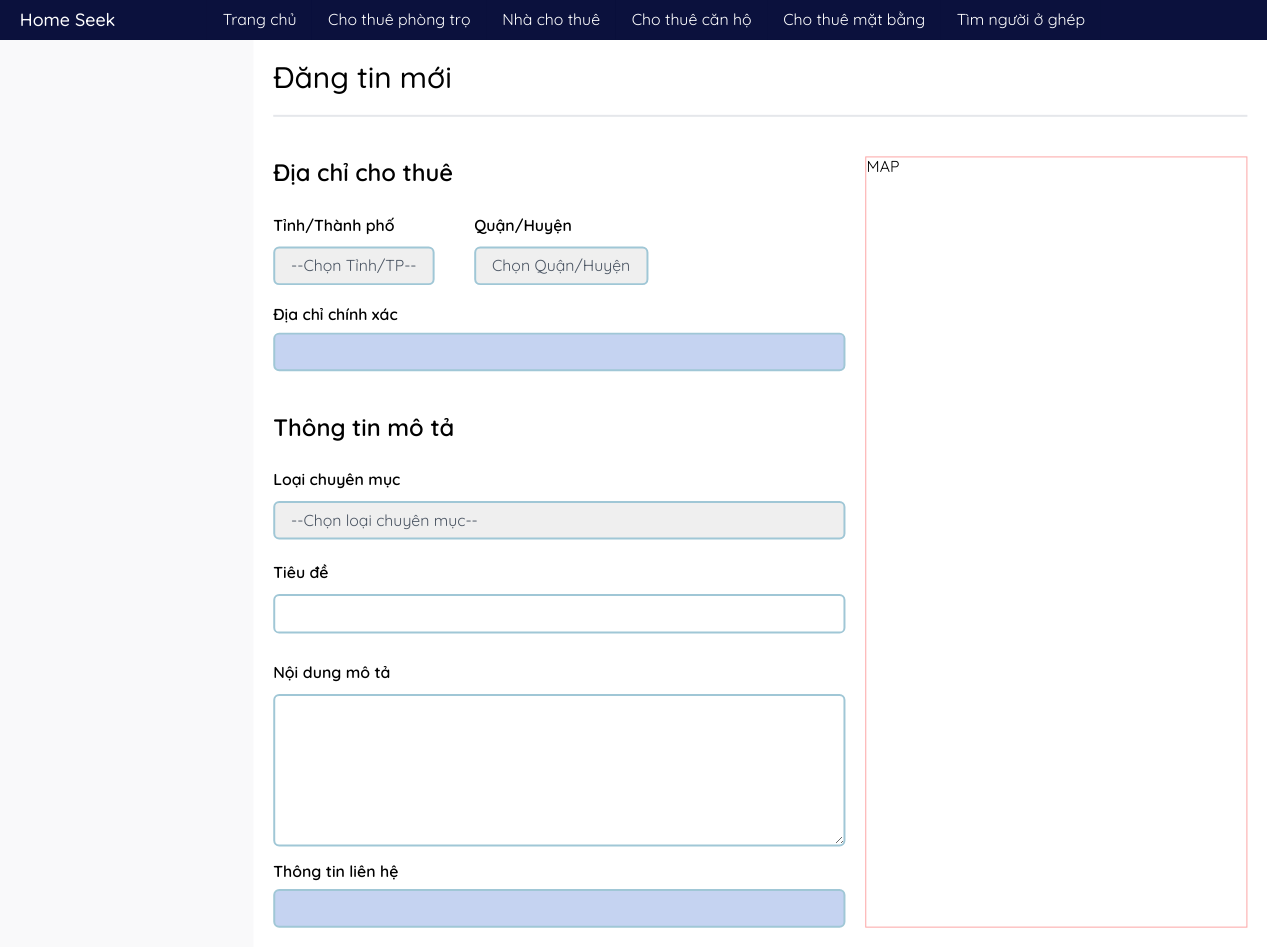
Repository: ajincome26/homeseek
Page: /create (app in client/)
An editor plug-in stored every save of this project. The page is shown before and after the next save, followed by the edit.
The browser window is 1280 px wide. The pictures show the whole page, at 99% of full size.
The page's requests for data from a server got no answer. The project was rebuilt for these pictures with package versions that can differ from the ones it lists, and the page was loaded fresh each time. Some packages were replaced by stand-ins written for this rebuild. No one was signed in, and anything a server would have sent is missing. Also part of the build but not shown: client/vite.config.ts, client/src/components/Footer/Footer.tsx, client/src/components/Button/Button.tsx, client/src/components/Button/index.ts, client/src/utils/utils.tsx, client/src/components/MainHeader/components/User.tsx, client/src/components/Popover/Popover.tsx, client/src/components/Popover/index.ts and 16 more.

Above is the page before, as saved 2024-01-10 05:35:30.

After the next save:
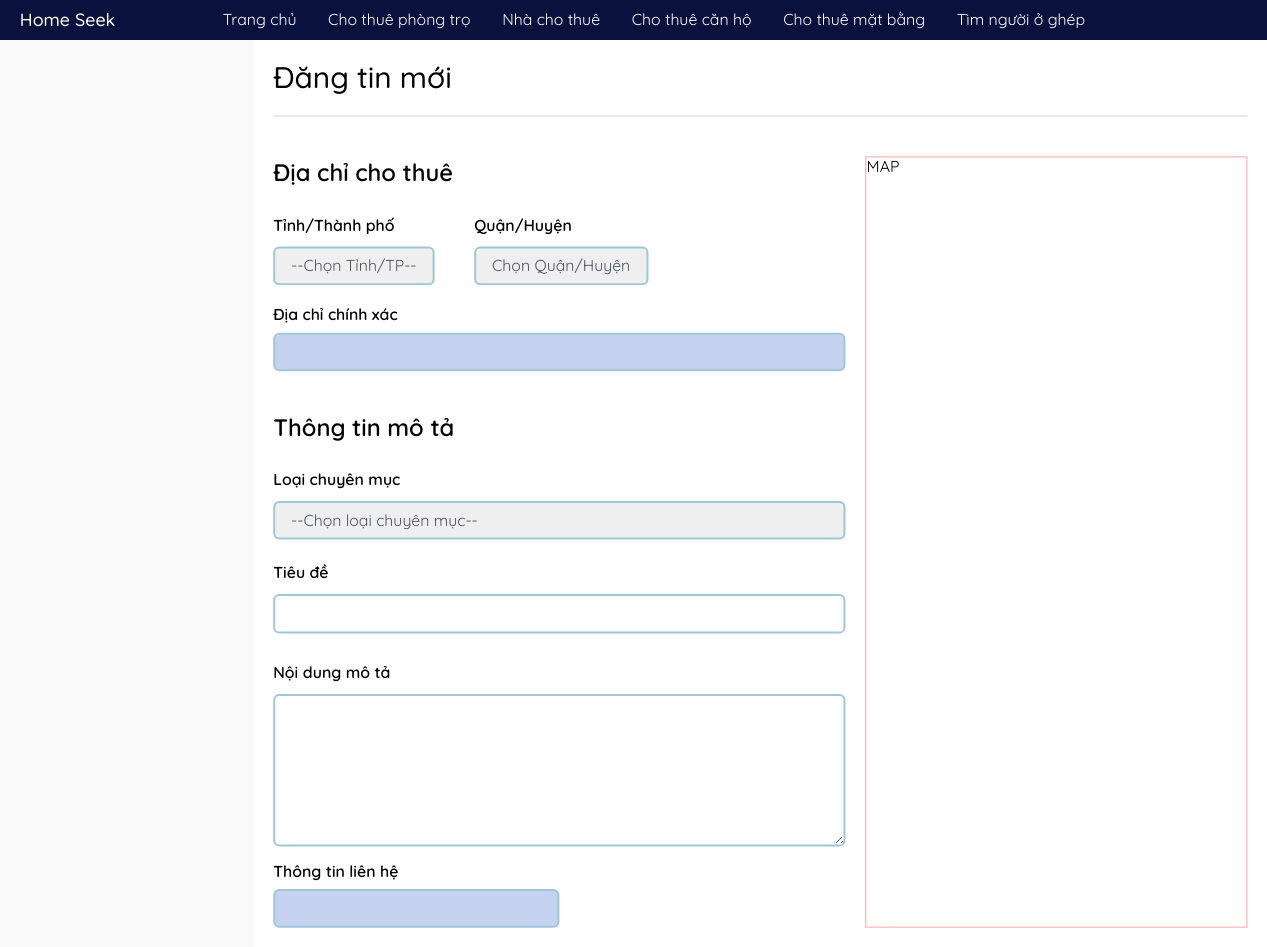
Saved 41 s later.
--- a/client/src/pages/CreatePostPage/components/Overview.tsx
+++ b/client/src/pages/CreatePostPage/components/Overview.tsx
@@ -59,7 +59,9 @@ const Overview = () => {
             // onFocus={() => setInvalidFields([])}
           />
         </Field>
-        <InputReadOnly title='Thông tin liên hệ' data={''} />
+        <div className='w-1/2'>
+          <InputReadOnly title='Thông tin liên hệ' data={''} />
+        </div>
       </div>
     </div>
   )
